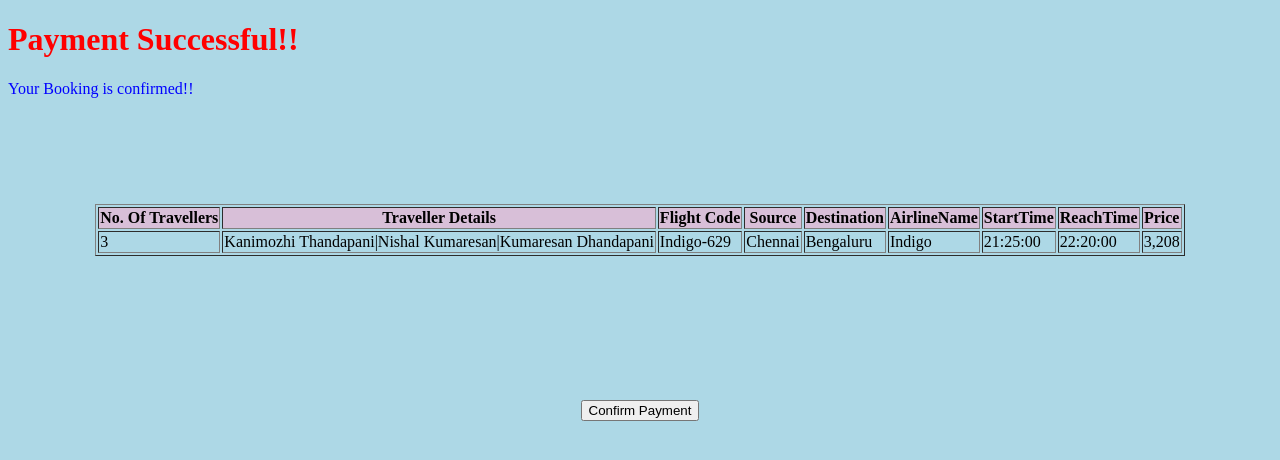
Repository: KanimozhiThandapani/Phase2AirlineBookingProject
Page: http://localhost/AirlineBooking/paymentPage.jsp
An editor plug-in stored every save of this project. The page is shown before and after the next save, followed by the edit.
The browser window is 1280 px wide. The pictures show the whole page.
The page is served by Tomcat 9.

Above is the page before, as saved 2022-04-26 09:21:11.

After the next save:
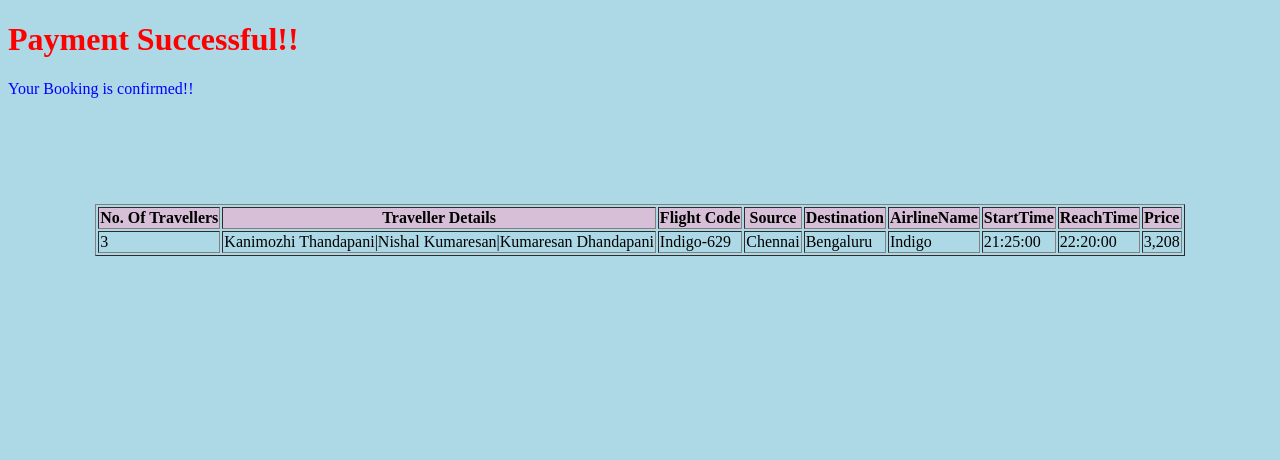
Saved 60 s later.
--- a/AirlineBooking/WebContent/paymentPage.jsp
+++ b/AirlineBooking/WebContent/paymentPage.jsp
@@ -14,7 +14,6 @@ p {color:blue;}
 <p>Your Booking is confirmed!!</p>
 
 <div align="center">
-		<form action="paymentPage" method="get">
 
    <br> <br> <br> <br> <br>
    <table align="center" border="1">
@@ -43,11 +42,10 @@ p {color:blue;}
 	</tr>
 
 	</table>
-	                <br>  <br>  <br>  <br> <br>  <br>  <br>  <br>
-					<input type="submit" value="Confirm Payment">
 
 
-   </form>
+
+
    </div>
 
 </body>
